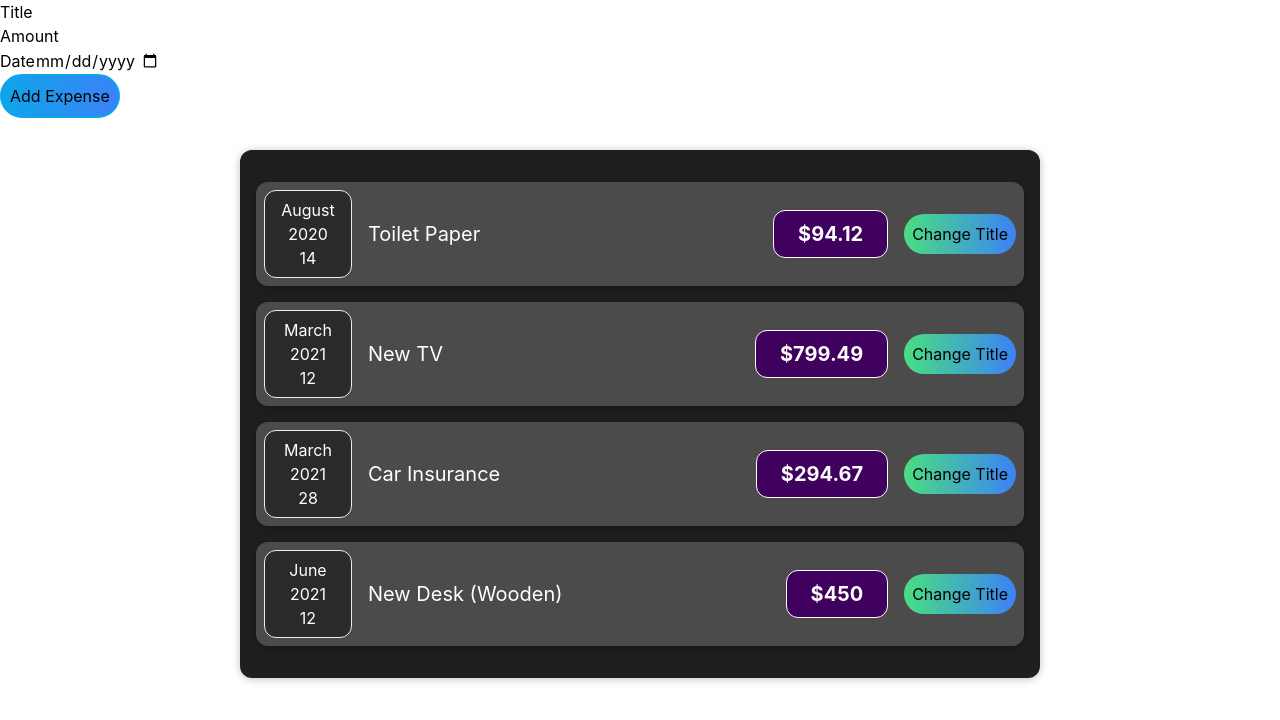
Repository: Sef24/expense-tracker
Page: /
These files come from the project's save history. The page is drawn as it stood at one moment and after the next save; the edit follows.
The browser window is 1280 px wide. The pictures show the whole page.
The project was rebuilt for these pictures with package versions that can differ from the ones it lists, and the page was loaded fresh each time. Also part of the build but not shown: src/components/NewExpense/NewExpense.css, src/components/NewExpense/ExpenseForm.css.

Above is the page before, as saved 2022-04-24 15:46:20.

After the next save:
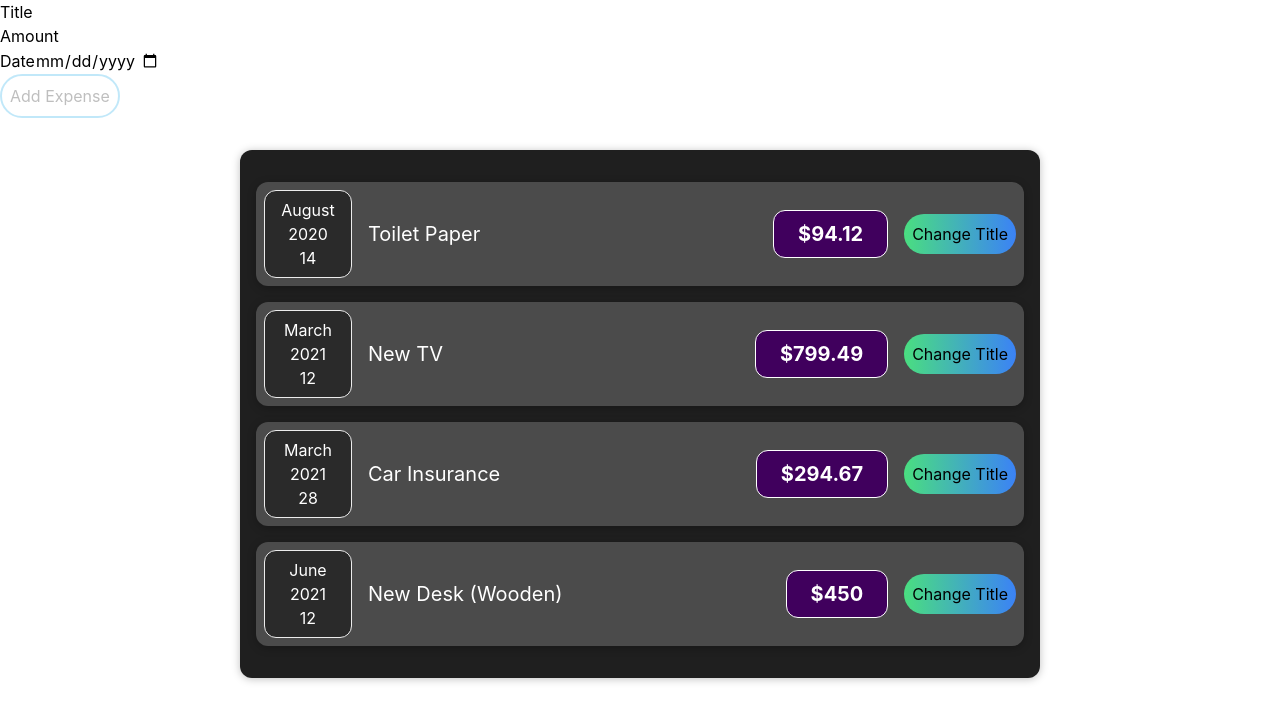
Saved 38 s later.
--- a/src/components/NewExpense/ExpenseForm.js
+++ b/src/components/NewExpense/ExpenseForm.js
@@ -69,7 +69,7 @@ function ExpenseForm() {
       <div>
         <button
           className="border-solid border-2 border-sky-500 rounded-full p-2
-          bg-gradient-to-r from-sky-500 to-blue-500 hover:from-pink-500 hover:to-yellow-500"
+          hover:bg-sky-200 opacity-25 hover:text-white"
           type="submit"
         >
           Add Expense
